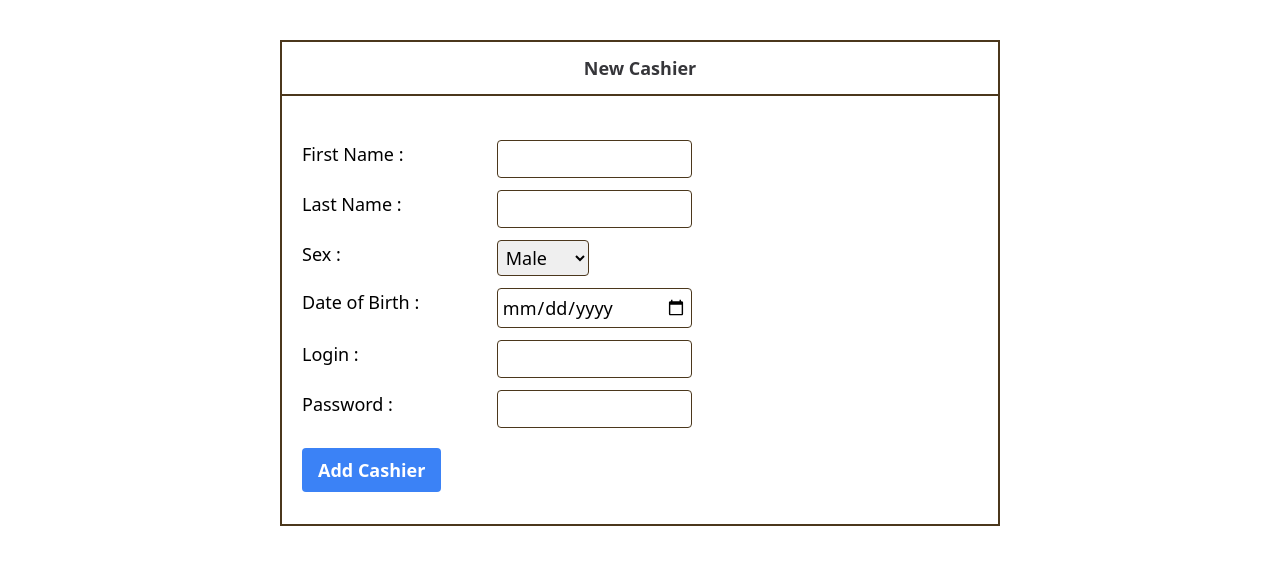
Repository: Dapravith/Midterm-SE-GIC-Cafe-Project-Group16
Page: src/main/resources/templates/addCashier.html
An editor plug-in stored every save of this project. The page is shown before and after the next save, followed by the edit.
The browser window is 1280 px wide. The pictures show the whole page.
Some web libraries are served in a nearby version.

Above is the page before, as saved 2023-05-17 10:22:37.

### src/main/resources/templates/addCashier.html
<!DOCTYPE html>
<html lang="en">
  <head>
    <meta charset="UTF-8" />
    <meta http-equiv="X-UA-Compatible" content="IE=edge" />
    <meta name="viewport" content="width=device-width, initial-scale=1.0" />
    <title>Add New Cashier</title>
    <script src="https://cdn.tailwindcss.com"></script>
    <style>
      * {
        margin: 0;
        padding: 0;
        box-sizing: border-box;
      }

      button:hover {
        box-shadow: 0 14px 15px 0 rgba(36, 149, 198, 0.921),
          0 17px 60px 0 rgba(90, 81, 81, 0.19);
      }

      .text-center {
        color: rgb(54, 54, 58);
        justify-content: center;
        font-weight: bold;
      }
    </style>
  </head>

  <body class="m-10 text-lg">
    <!-- CRUD CASHIERS -->
    <div
      class="new_cashier w-[60%] h-fit m-auto border-[2px] border-solid border-[#4B371C]"
    >
      <div class="p-3 head">
        <h2 class="text-center">New Cashier</h2>
      </div>
      <div class="w-[100%] border-[1px] border-solid border-[#4B371C]"></div>
      <div class="flex">
        <div class="add_cashier w-[60%]">
          <div class="py-3">
            <form action="#" class="p-5">
              <div class="grid grid-cols-2 mt-3">
                <label class="mr-5" for="firstName">First Name :</label>
                <input
                  type="text"
                  id="firstName"
                  name=""
                  class="p-1 border-[1px] border-solid border-[#4B371C] rounded"
                  placeholder=""
                />
              </div>
              <div class="grid grid-cols-2 mt-3">
                <label class="mr-5" for="lastName">Last Name :</label>
                <input
                  type="text"
                  id="lastName"
                  name=""
                  class="p-1 border-[1px] border-solid border-[#4B371C] rounded"
                  placeholder=""
                />
              </div>
              <div class="grid grid-cols-2 mt-3">
                <label class="mr-5" for="sex">Sex :</label>
                <div class="flex justify-between">
                  <select
                    type="add-item"
                    id="sex"
                    name=""
                    class="p-1 border-[1px] border-solid border-[#4B371C] rounded"
                    placeholder=""
                  >
                    <option value="male">Male</option>
                    <option value="female">Female</option>
                  </select>
                </div>
              </div>
              <div class="grid grid-cols-2 mt-3">
                <label class="mr-5" for="dob">Date of Birth :</label>
                <input
                  type="date"
                  id="dob"
                  name=""
                  class="p-1 border-[1px] border-solid border-[#4B371C] rounded"
                  placeholder=""
                />
              </div>
              <div class="grid grid-cols-2 mt-3">
                <label class="mr-5" for="login">Login :</label>
                <input
                  type="text"
                  id="login"
                  name=""
                  class="p-1 border-[1px] border-solid border-[#4B371C] rounded"
                  placeholder=""
                />
              </div>
              <div class="grid grid-cols-2 mt-3">
                <label class="mr-5" for="password">Password :</label>
                <input
                  type="password"
                  id="password"
                  name=""
                  class="p-1 border-[1px] border-solid border-[#4B371C] rounded"
                  placeholder=""
                />
              </div>
              <div class="mt-5">
                <button
                  class="px-4 py-2 font-bold text-white bg-blue-500 rounded hover:bg-blue-700"
                >
                  Add Cashier
                </button>
              </div>
            </form>
          </div>
        </div>
      </div>
    </div>
  </body>
</html>

After the next save:
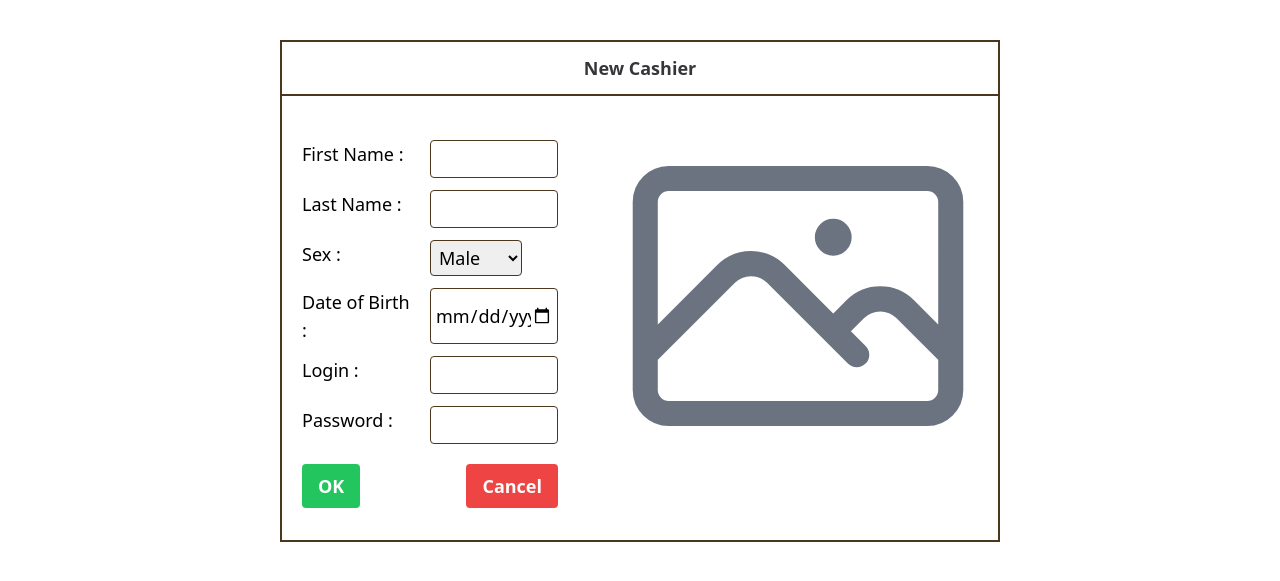
Saved 5 min 15 s later.
--- a/src/main/resources/templates/addCashier.html
+++ b/src/main/resources/templates/addCashier.html
@@ -104,16 +104,53 @@
                   placeholder=""
                 />
               </div>
-              <div class="mt-5">
+              <div class="flex justify-between mt-5">
                 <button
-                  class="px-4 py-2 font-bold text-white bg-blue-500 rounded hover:bg-blue-700"
+                  class="px-4 py-2 font-bold text-white bg-green-500 rounded hover:bg-green-700"
                 >
-                  Add Cashier
+                  OK
+                </button>
+                <button
+                  class="px-4 py-2 font-bold text-white bg-red-500 rounded hover:bg-red-700"
+                >
+                  Cancel
                 </button>
               </div>
             </form>
           </div>
         </div>
+        <div class="ml-5 img">
+          <form action="#">
+            <input
+              id="file-input"
+              type="file"
+              name="file"
+              hidden
+              accept="image/*"
+            />
+            <label for="file-input" class="cursor-pointer">
+              <div
+                id="image-preview"
+                class="w-[400px] h-fit p-3 border-[#4B371C]"
+              >
+                <svg
+                  xmlns="http://www.w3.org/2000/svg"
+                  fill="none"
+                  viewBox="0 0 24 24"
+                  stroke-width="1.6"
+                  stroke="currentColor"
+                  class="w-full h-full text-gray-500"
+                >
+                  <path
+                    stroke-linecap="round"
+                    stroke-linejoin="round"
+                    d="M2.25 15.75l5.159-5.159a2.25 2.25 0 013.182 0l5.159 5.159m-1.5-1.5l1.409-1.409a2.25 2.25 0 013.182 0l2.909 2.909m-18 3.75h16.5a1.5 1.5 0 001.5-1.5V6a1.5 1.5 0 00-1.5-1.5H3.75A1.5 1.5 0 002.25 6v12a1.5 1.5 0 001.5 1.5zm10.5-11.25h.008v.008h-.008V8.25zm.375 0a.375.375 0 11-.75 0 .375.375 0 01.75 0z"
+                  />
+                </svg>
+              </div>
+            </label>
+          </form>
+        </div>
       </div>
     </div>
   </body>
